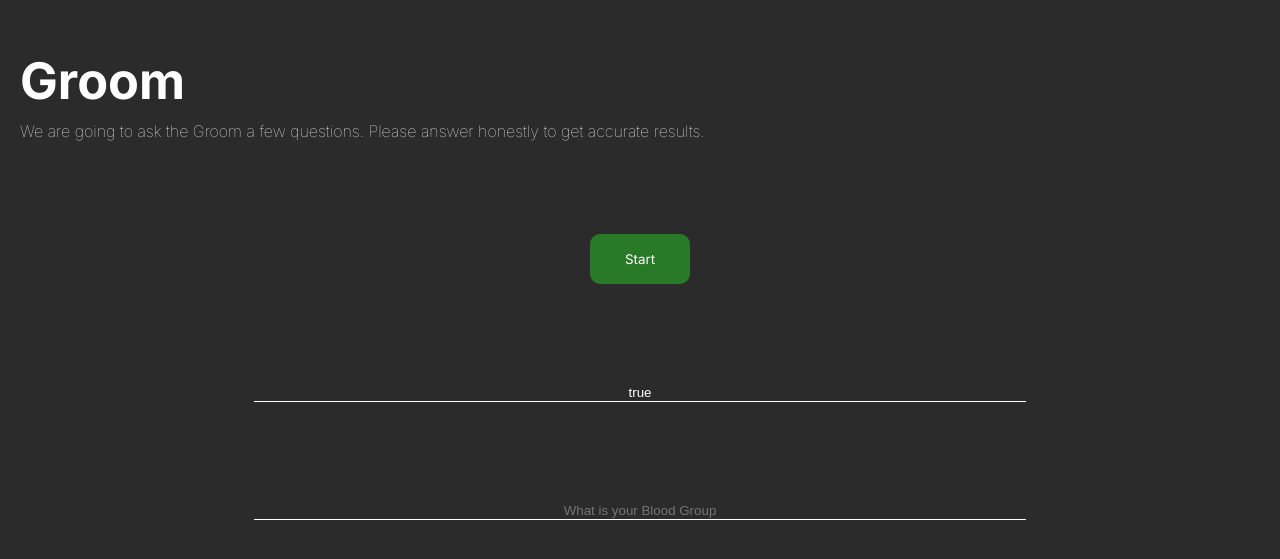
Repository: devhabeeblateef/tictactoe
Page: /
An editor plug-in stored every save of this project. The page is shown before and after a run of saves, followed by the edit.
The browser window is 1280 px wide. The pictures show the whole page.
The project was rebuilt for these pictures with package versions that can differ from the ones it lists, and the page was loaded fresh each time. Also part of the build but not shown: src/App.css, src/Myform.js.

Above is the page before, as saved 2022-06-17 02:19:56.

### src/App.js
import logo from './logo.svg';
import './App.css';
import Form from './Form';

function App() {
  return (
    <div>
      <Form/>
    </div>
  );
}

export default App;

### src/Form.js
import React, {useState, useRef} from 'react'
import classes from './Home.module.css'
import Myform from './Myform'

function Form() {
    const [started, setStarted] = useState(true)
    const [maleGenotype, setMaleGenotype] = useState("")
    const maleQuestions = ["What is your Genotype?", "What is your Blood Group",
"How Tall are you?", "Are you FAT?"]
    const start = () => {
        setStarted(false)
    }

  return (
    <div>
        <h1 className={classes.home__header}>
            Groom
        </h1>
        <p className={classes.home__info}>
        We are going to ask the Groom a few questions.
        Please answer honestly to get accurate results.
        </p>
        <center>
        {started ? <button onClick={start} className={classes.start}>
        Start</button> : ""}<br/>
        <input className={classes.questions}
        value
        placeholder={maleQuestions[0]}/>
        <input className={classes.questions} placeholder={maleQuestions[1]}/>
        </center>
    </div>
  )
}

export default Form

### src/Home.module.css
@import url('https://fonts.googleapis.com/css2?family=Inter:wght@100;200;300;400;500;600;700;800;900&display=swap');

body
{
    background-color: #2b2b2b;
    color: #fff;
}

.home__header
{
    margin:50px 20px;
    font-size: 5ch;
    font-family: 'Inter', sans-serif;
    font-weight: bold;
}

.home__info
{
    font-family: 'Inter', sans-serif;
    font-weight: 100;
    margin: -40px 20px;
}

img
{
    width: 350px;
}

.button
{
    margin: 50px 20px;
}


.button__one
{
    background-color: #23A6FD;
    border-radius: 60px;
    border: none;
    padding:8px 30px;
    color: white;
    margin-right: 10px;
    font-family: 'Montserrat', sans-serif;
    cursor: pointer;
}

.button__two
{
    margin-left: 10px;
    background-color: transparent;
    border-radius: 60px;
    padding: 8px 30px;
    border: 2px solid #fff;
    color: white;
    font-family: 'Montserrat', sans-serif;
    cursor: pointer;
}

@media (max-width:400px){
.button__two
{
    margin: 20px 0;
    border-radius: 60px;

}
}

a
{
    color: #fff;
    text-decoration: none;
}

a:hover
{
    color: white;
}

.start
{
    background-color: rgb(40, 122, 40);
    border: none;
    color: #fff;
    border-radius: 10px;
    padding: 10px;
    width: 100px;
    font-family: 'Inter', sans-serif;
    height: 50px;
    margin-top: 10em;
}

.questions
{
    margin-top: 100px;
    background: none;
    border: none;
    border-bottom: 1px solid #fff;
    width: 60%;
    outline: none;
    color: #fff;
    text-align: center;
}

Loaded but not shown: src/index.js (common file); src/index.css (common file); src/reportWebVitals.js (common file)

After the next 4 saves:
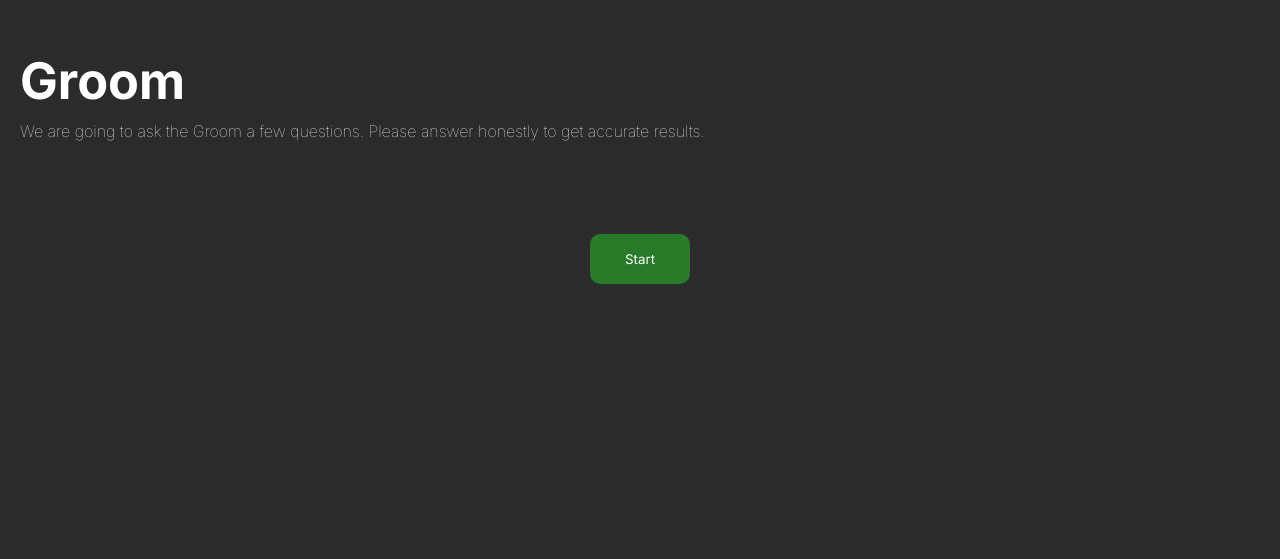
The 4 saves are shown as one change because 1 did not build or start and some came seconds apart.
The last was saved 27 s later.
--- a/src/Form.js
+++ b/src/Form.js
@@ -23,10 +23,7 @@ function Form() {
         <center>
         {started ? <button onClick={start} className={classes.start}>
         Start</button> : ""}<br/>
-        <input className={classes.questions}
-        value
-        placeholder={maleQuestions[0]}/>
-        <input className={classes.questions} placeholder={maleQuestions[1]}/>
+
         </center>
     </div>
   )
